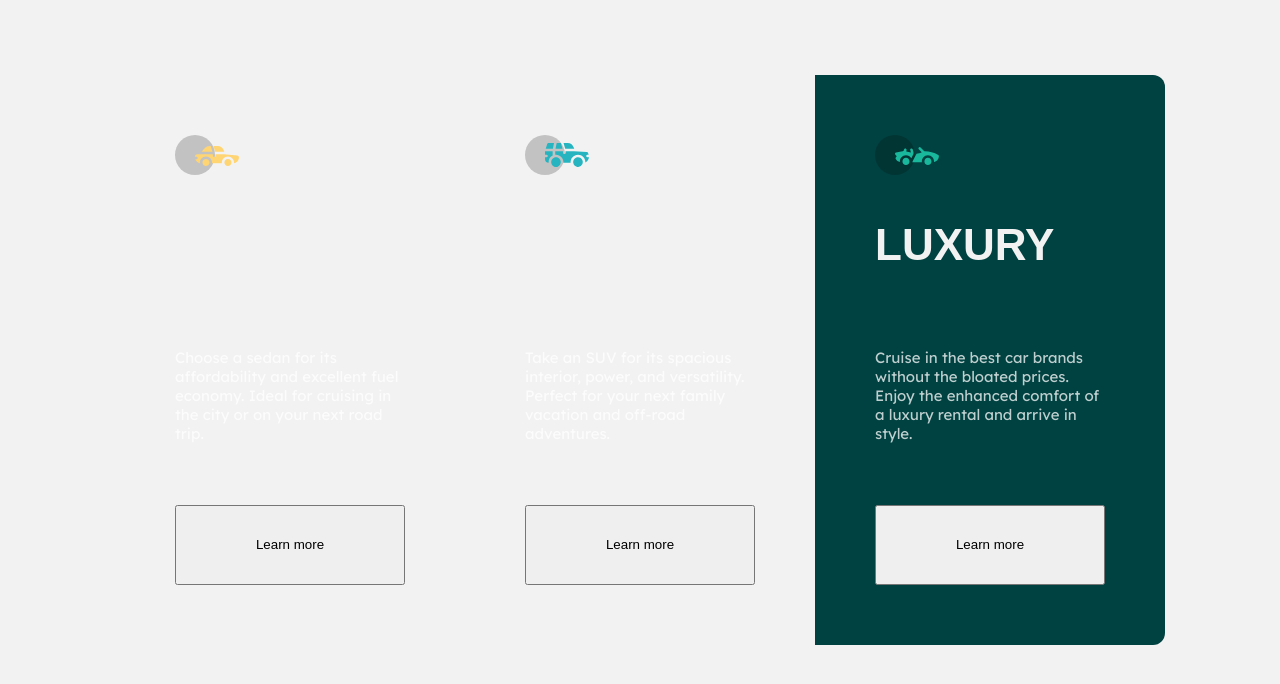
Repository: Pawan-pediredla/frontend-mentors
Page: 3-column-preview-card-component/3-column-preview-card-component-main/markup/index.html
The author's editor kept a copy of each file at every save. The page is drawn from the files as they stood at one save, then again after the next save.
The browser window is 1280 px wide. The pictures show the whole page.
Some web fonts or font styles are not loaded; a fallback is used.

Above is the page before, as saved 2024-06-22 13:15:16.

### 3-column-preview-card-component/3-column-preview-card-component-main/markup/index.html
<!DOCTYPE html>
<html lang="en">
<head>
  <meta charset="UTF-8">
  <meta name="viewport" content="width=device-width, initial-scale=1.0"> <!-- displays site properly based on user's device -->

  <link rel="icon" type="image/png" sizes="32x32" href="./images/favicon-32x32.png">

  <title>Frontend Mentor | 3-column preview card component</title>

<link rel="stylesheet" href="../styling/index.css"/>
</head>
<body>
  <main>
  <div class="container"><div class="box" id="sedans">
    <img src="../images/icon-sedans.svg" alt="sedans-img"/>
    <h1>SEDANS</h1>
    <p>
      Choose a sedan for its affordability and excellent fuel economy. Ideal for cruising in the city
        or on your next road trip.
    </p>
<button class="sedandsb">Learn more</button>
  </div>
  <div class="box" id="suvs">
    <img src="../images/icon-suvs.svg" alt="suvs-img"/>
    <h1>
      SUVS
    </h1>
    <p>Take an SUV for its spacious interior, power, and versatility. Perfect for your next family vacation
      and off-road adventures.

    </p>
    <button class="suvsb">
Learn more
    </button>
  </div>
  <div class="box" id="luxury">
    <img src="../images/icon-luxury.svg" alt="luxury-img"/>
    <h1>LUXURY</h1>
    <p>
      Cruise in the best car brands without the bloated prices. Enjoy the enhanced comfort of a luxury
        rental and arrive in style.
    </p>
    <button class="luxuryb">
Learn more
    </button>
  </div></div>
  </main>
</body>
</html>

### 3-column-preview-card-component/3-column-preview-card-component-main/styling/index.css
@import url('https://fonts.googleapis.com/css2?family=Lexend+Deca:wght@100..900&display=swap');

@font-face {
    font-family: 'Big Shoulder Display';
    src: url(./assets/fonts/Big_Shoulders_Display/BigShouldersDisplay-VariableFont_wght.ttf);
}
:root {


    --Bright-orange: hsl(31, 77%, 52%);
    --Dark-cyan: hsl(184, 100%, 22%);
    --Very-dark-cyan: hsl(179, 100%, 13%);


    --Transparent-white-paragraphs: hsla(0, 0%, 100%, 0.75);
    --Very-light-gray-background-headings-buttons: hsl(0, 0%, 95%);
}

.attribution { font-size: 11px; text-align: center; }
    .attribution a { color: hsl(228, 45%, 44%); }

    *{
        margin: 0;
        padding: 0;
    }
body{
    font-family:  'Lexend Deca', sans-serif;
    font-size: 15px;
    height: 100vh;
    display: flex;
    align-items: center;
    justify-content: center;
    color: var(--Transparent-white-paragraphs);
    background-color: var(--Very-light-gray-background-headings-buttons);
}
.container{
display: flex;
width: 1050px;
}
.box{
    display: grid;
     height: 450px;
     width: 100%;
     padding: 60px;
}
#sedan{
    background-color: var(--Bright-orange);
    border-radius: 12px 0 0 12px;
}

#suv{

        background-color: var(--Dark-cyan);
}
#luxury{
    background-color:  var(--Very-dark-cyan);
    border-radius: 0 12px 12px 0;
}
h1 {
    font-family: 'Big Shoulder Display', sans-serif;
    text-transform: uppercase;
    font-size: 44px;
    color: var(--Very-light-gray-background-headings-buttons);
    transform: translate(0, -15%);
}

After the next save:
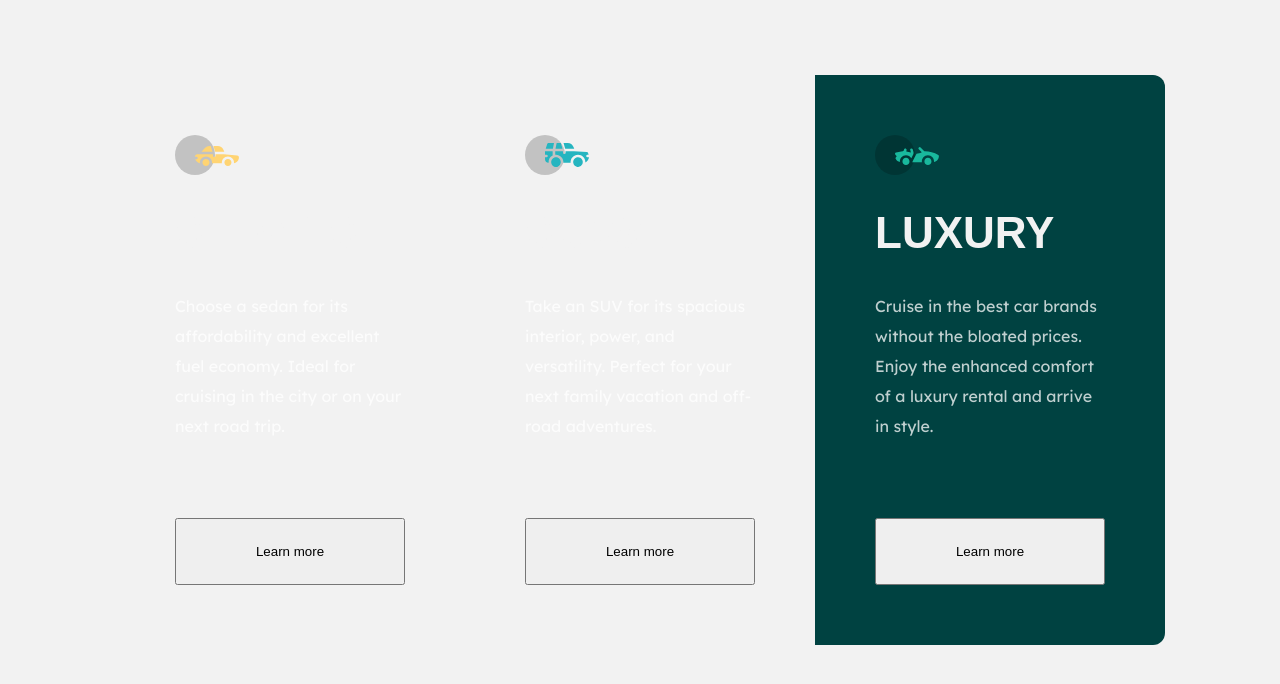
Saved 31 s later.
--- a/3-column-preview-card-component/3-column-preview-card-component-main/styling/index.css
+++ b/3-column-preview-card-component/3-column-preview-card-component-main/styling/index.css
@@ -63,3 +63,9 @@
     color: var(--Very-light-gray-background-headings-buttons);
     transform: translate(0, -15%);
 }
+
+p {
+    font-size: 16px;
+    transform: translate(0, -15%);
+    line-height: 30px;
+}
